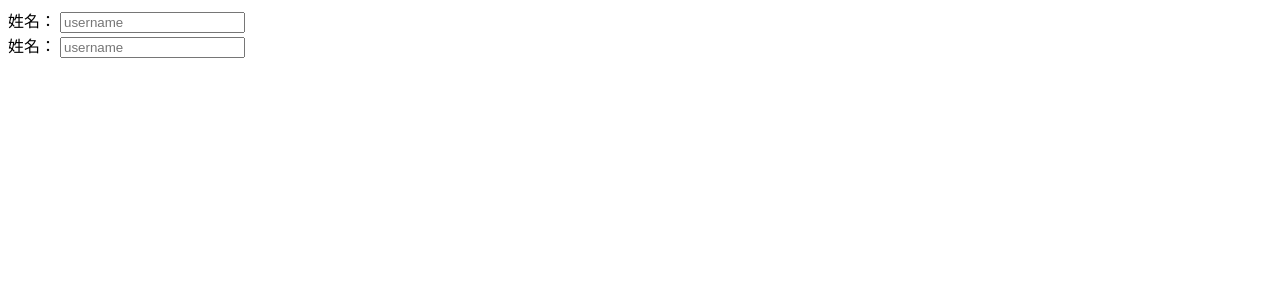
Repository: CodeHuai/vue_note
Page: 登陆选项切换/index.html
An editor plug-in stored every save of this project. The page is shown before and after the next save, followed by the edit.
The browser window is 1280 px wide. The pictures show the whole page.

Above is the page before, as saved 2021-07-01 09:59:40.

### 登陆选项切换/index.html
<!DOCTYPE html>
<html lang="en">

<head>
    <meta charset="UTF-8">
    <meta http-equiv="X-UA-Compatible" content="IE=edge">
    <meta name="viewport" content="width=device-width, initial-scale=1.0">
    <title>Document</title>
</head>

<div id="app">
    <div v-if=''>
        <label for="username">
            姓名： <input type="text" placeholder="username">
        </label>
    </div>
    <div v-if=''>
        <label for="username">
            姓名： <input type="text" placeholder="username">
        </label>
    </div>
</div>

<body>
    <script src="../js/vue.js"></script>
    <script>
        const vue = new Vue({
            el: '#app',
            data: {

            }
        });
    </script>
</body>

</html>

Loaded but not shown: js/vue.js (library)

After the next save:
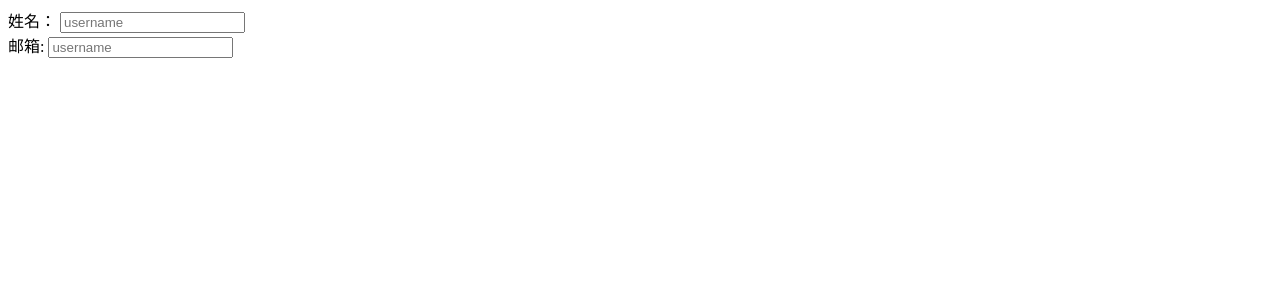
Saved 11 s later.
--- a/登陆选项切换/index.html
+++ b/登陆选项切换/index.html
@@ -15,8 +15,8 @@
         </label>
     </div>
     <div v-if=''>
-        <label for="username">
-            姓名： <input type="text" placeholder="username">
+        <label for="email">
+            邮箱: <input type="text" placeholder="username">
         </label>
     </div>
 </div>
